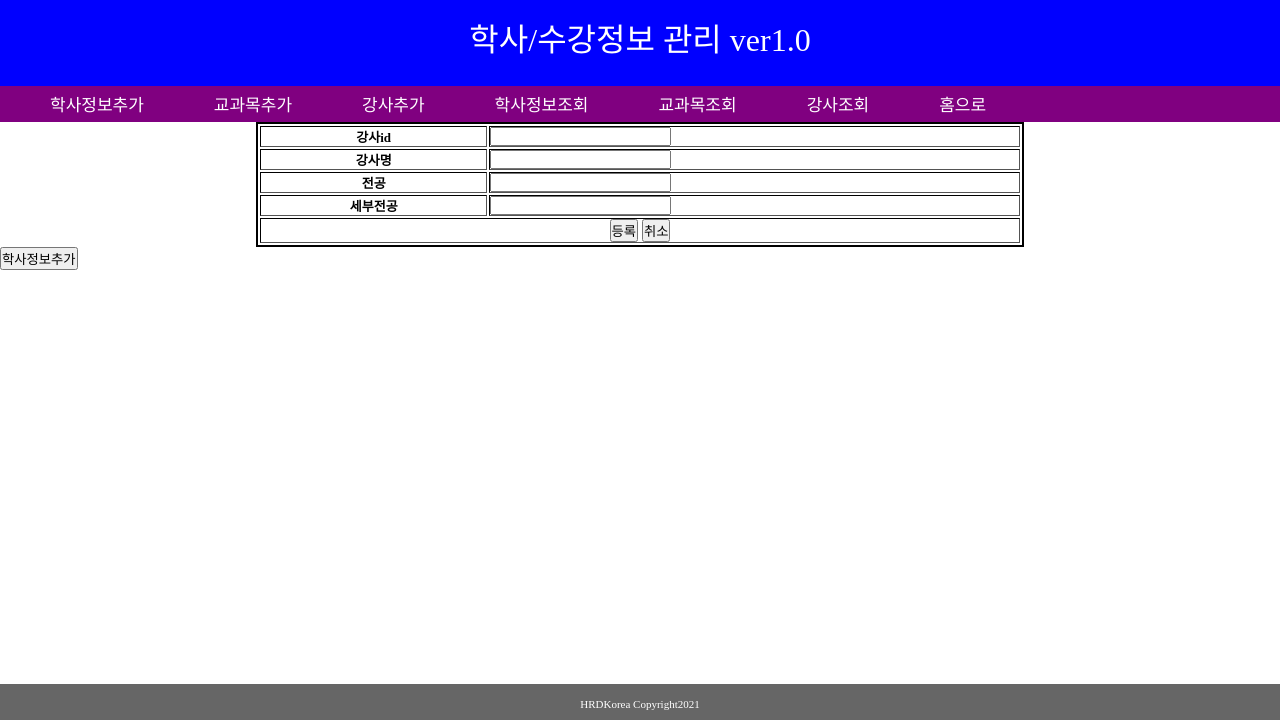
Repository: cccf777/-
Page: http://localhost/hrd0422/junhbo/teacherInsert.jsp
The author's editor kept a copy of each file at every save. The page is drawn from the files as they stood at one save, then again after the next save.
The browser window is 1280 px wide. The pictures show the whole page.
The page is served by Tomcat 9.

Above is the page before, as saved 2021-04-22 07:32:01.

After the next save:
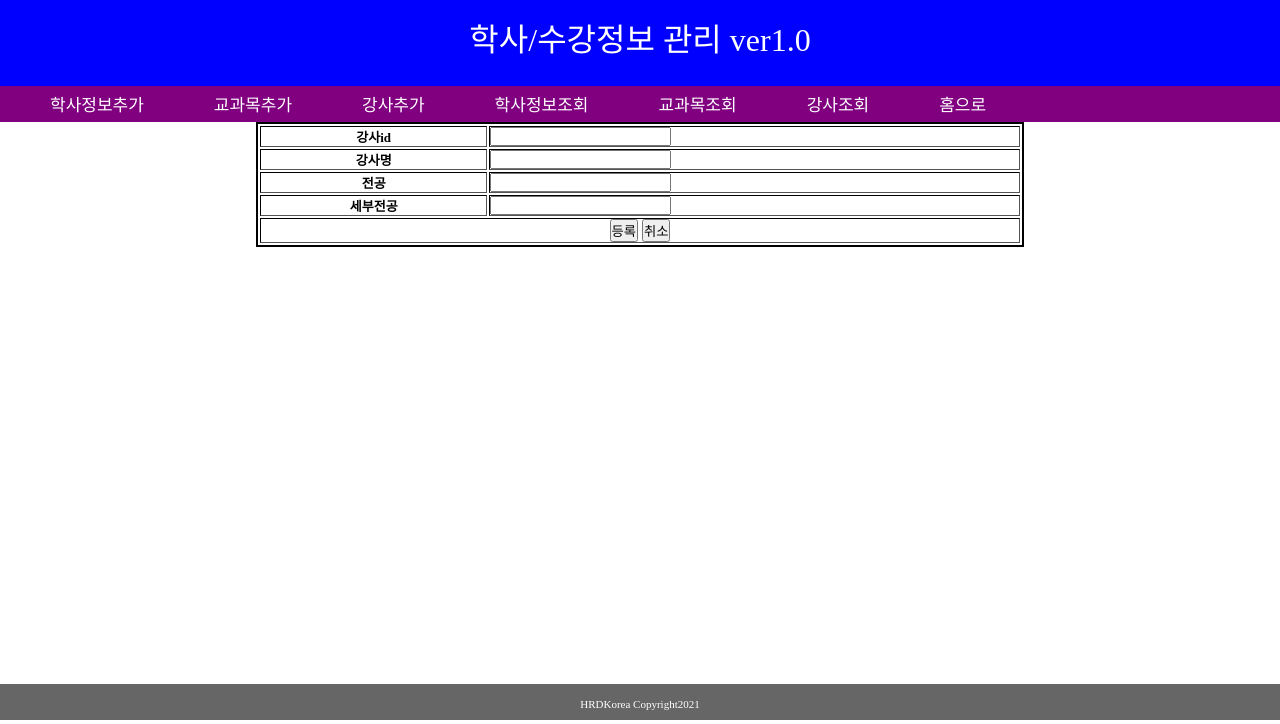
Saved 9 s later.
--- a/workspace/hrd0422/src/main/webapp/junhbo/teacherInsert.jsp
+++ b/workspace/hrd0422/src/main/webapp/junhbo/teacherInsert.jsp
@@ -61,7 +61,6 @@ function check(){
 	</tr>
 </table>
 </form>
-<input type="button" value="학사정보추가" >
 </section>
 <%@ include file="footer.jsp" %>
 </body>
